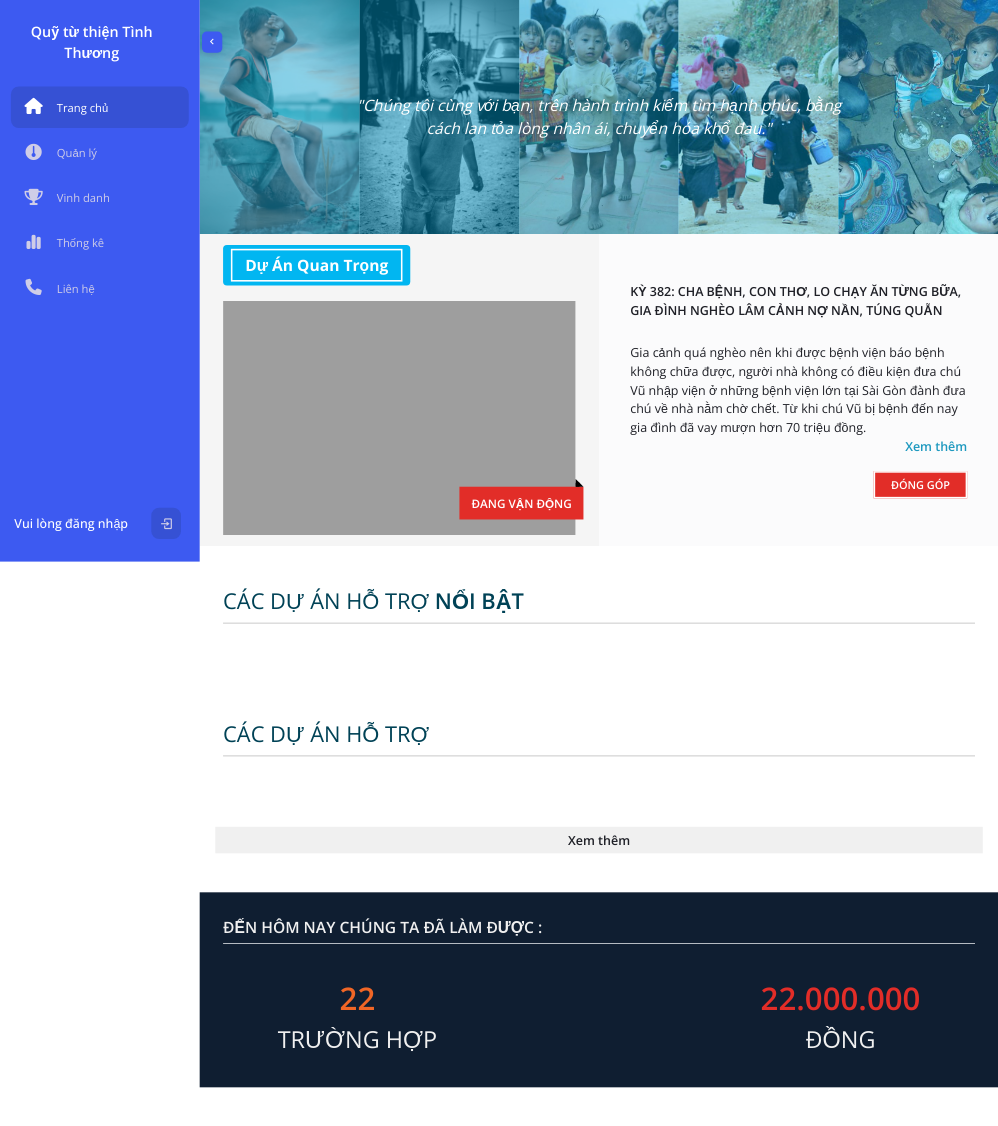
Repository: PhamTrungNguyen/tu-thien
Page: / (app in frontend/my-app/)
An editor plug-in stored every save of this project. The page is shown before and after the next save, followed by the edit.
The browser window is 1280 px wide. The pictures show the whole page, at 78% of full size.
Pictures or frames that could not be fetched are drawn as grey boxes. The page's requests for data from a server got no answer. The project was rebuilt for these pictures with package versions that can differ from the ones it lists, and the page was loaded fresh each time. No one was signed in, and anything a server would have sent is missing. Also part of the build but not shown: frontend/my-app/src/js/SignUpJS.js, frontend/my-app/src/components/input/Input.js, frontend/my-app/src/components/radio/Radio.js, frontend/my-app/src/layout/signPage/FormDialog.js, frontend/my-app/src/components/icon/IconEyeOpen.js, frontend/my-app/src/components/icon/IconEyeClose.js, frontend/my-app/src/layout/signPage/SignUpPage.js, frontend/my-app/src/layout/signPage/SignInPage.js and 19 more.

Above is the page before, as saved 2022-11-13 21:12:29.

After the next save:
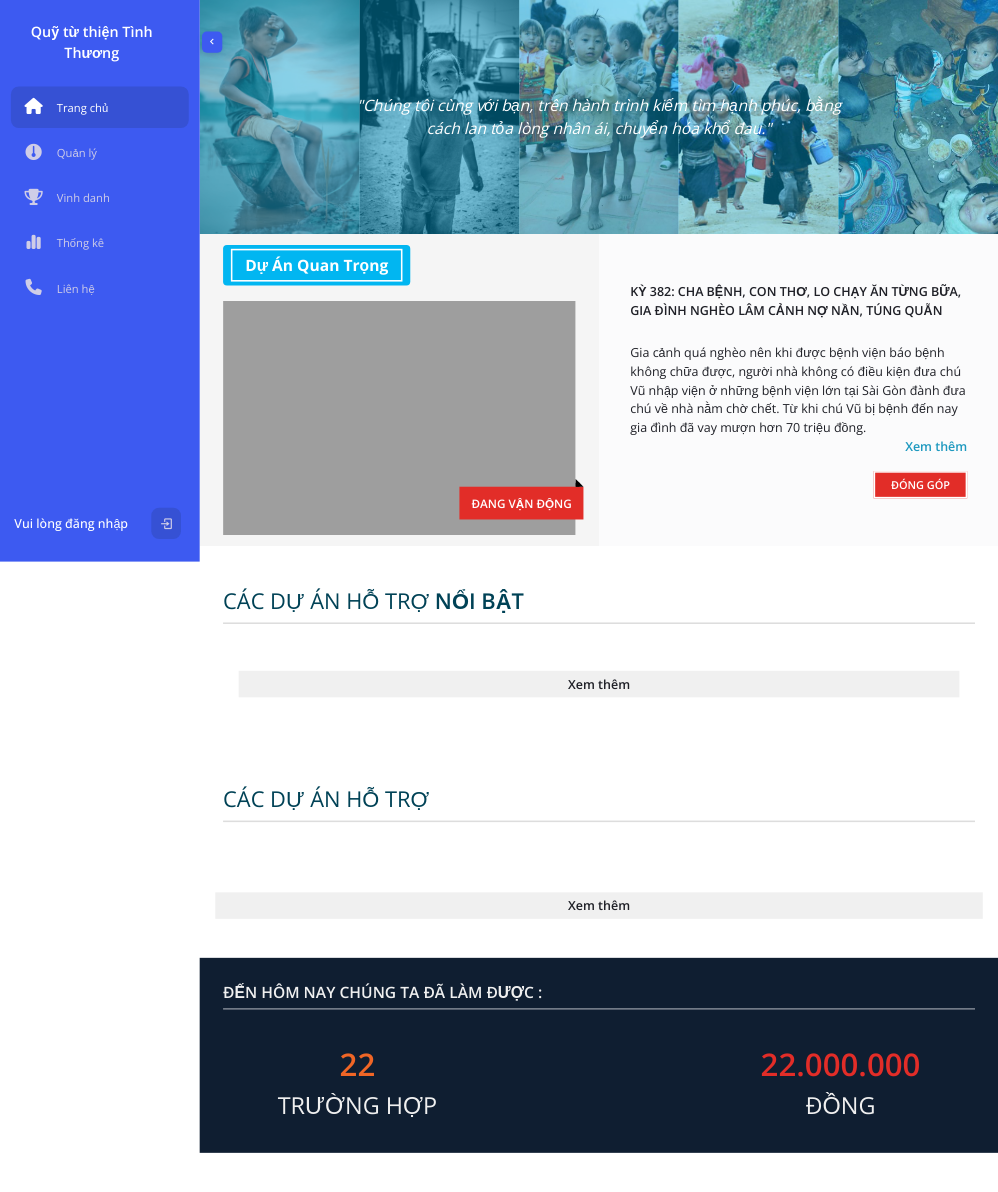
Saved 6 s later.
--- a/frontend/my-app/src/layout/homePage/ProjectListHot.js
+++ b/frontend/my-app/src/layout/homePage/ProjectListHot.js
@@ -3,6 +3,7 @@ import ButtonDonate from '../../components/button/ButtonDonate';
 import ButtonStatus from '../../components/button/ButtonStatus';
 import { COLORHOMEPAGE } from '../../menuColor';
 import ItemSupport from './ItemSupport';
+import LoadMore from './LoadMore';
 
 const ProjectListHot = () => {
     const [post, setPost] = useState();
@@ -30,6 +31,9 @@ const ProjectListHot = () => {
                 ))
                 }
             </div>
+            <LoadMore onClick={() => {
+                console.log("1")
+            }}></LoadMore>
         </div>
 
     );
